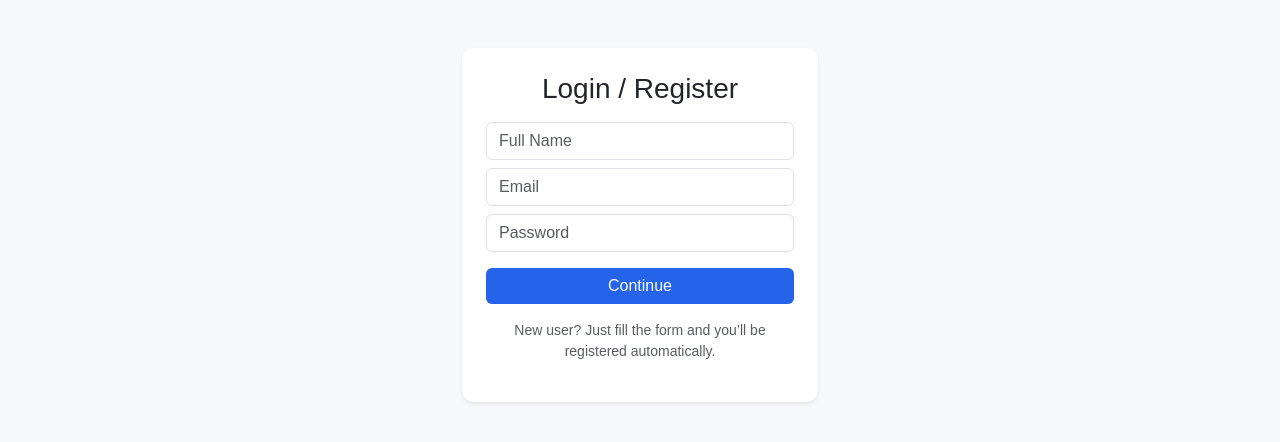
Repository: Aditisoni26/codeLearn
Page: index.html
An editor plug-in stored every save of this project. The page is shown before and after the next save, followed by the edit.
The browser window is 1280 px wide. The pictures show the whole page.

Above is the page before, as saved 2025-10-27 18:40:13.

After the next save:
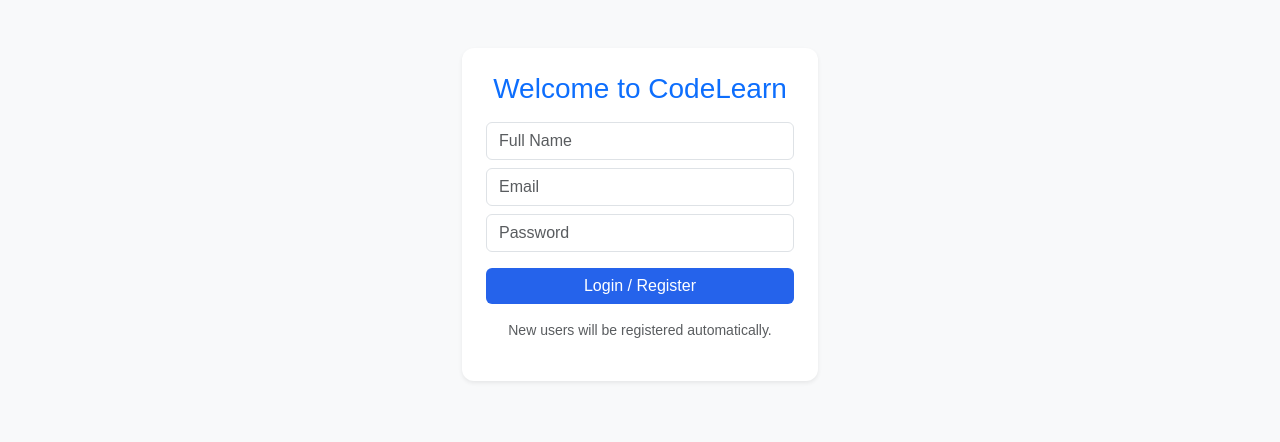
Saved 2 min 16 s later.
--- a/index.html
+++ b/index.html
@@ -4,7 +4,7 @@
 <head>
     <meta charset="UTF-8" />
     <meta name="viewport" content="width=device-width, initial-scale=1.0" />
-    <title>CodeLearn | Login</title>
+    <title>CodeLearn | Login or Register</title>
     <link href="https://cdn.jsdelivr.net/npm/bootstrap@5.3.2/dist/css/bootstrap.min.css" rel="stylesheet" />
     <link rel="stylesheet" href="style.css" />
 </head>
@@ -15,15 +15,15 @@
         <div class="row justify-content-center">
             <div class="col-md-4">
                 <div class="card p-4 shadow-sm">
-                    <h3 class="text-center mb-3">Login / Register</h3>
+                    <h3 class="text-center mb-3 text-primary">Welcome to CodeLearn</h3>
                     <form id="authForm">
                         <input type="text" id="name" class="form-control mb-2" placeholder="Full Name" required />
                         <input type="email" id="email" class="form-control mb-2" placeholder="Email" required />
                         <input type="password" id="password" class="form-control mb-3" placeholder="Password" required />
-                        <button class="btn btn-primary w-100" type="submit">Continue</button>
+                        <button class="btn btn-primary w-100" type="submit">Login / Register</button>
                     </form>
                     <p class="text-center mt-3 small text-muted">
-                        New user? Just fill the form and you’ll be registered automatically.
+                        New users will be registered automatically.
                     </p>
                 </div>
             </div>
